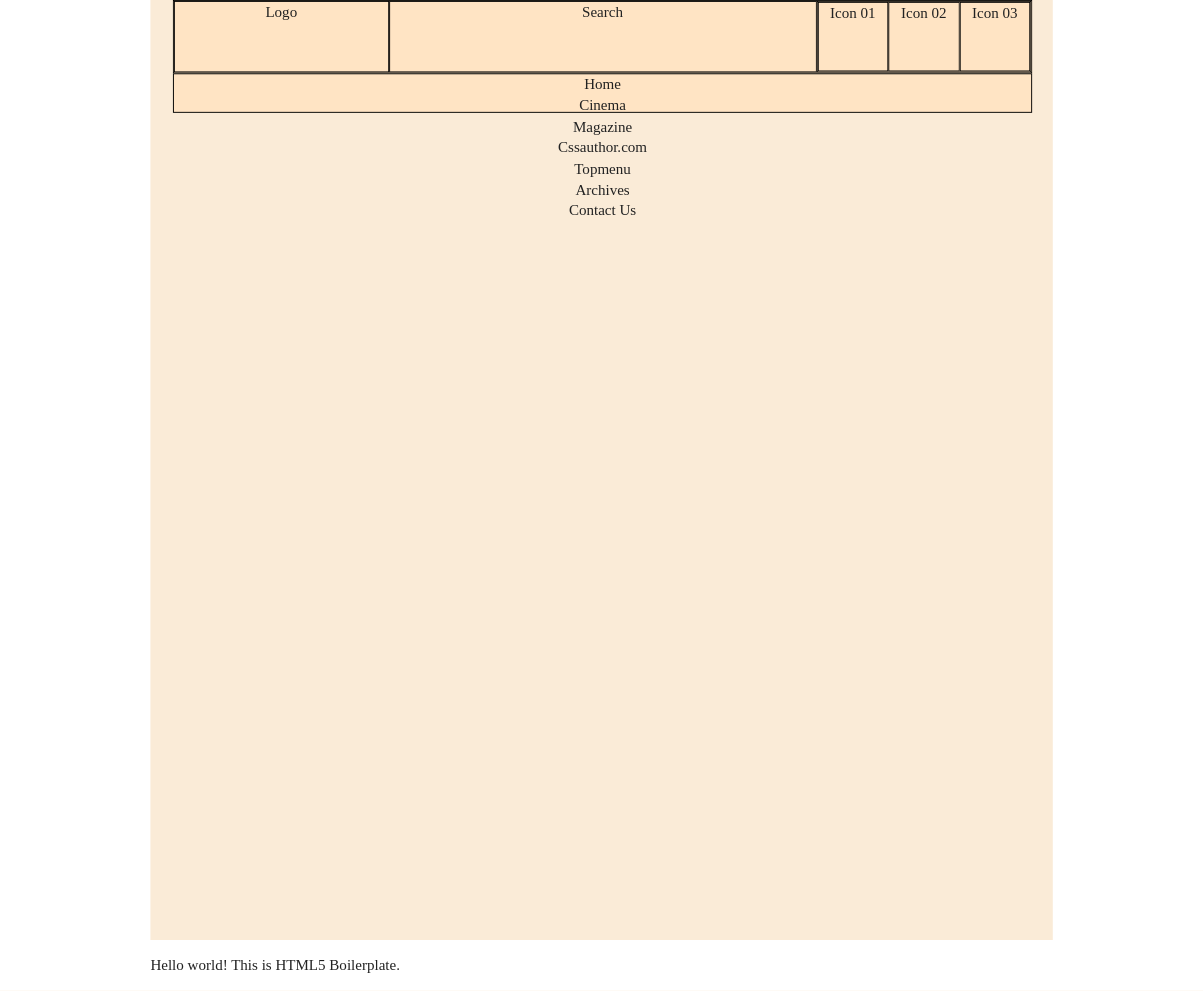
Repository: giovanabirck/cover-magazine-giovanabirck
Page: index.html
The author's editor kept a copy of each file at every save. The page is drawn from the files as they stood at one save, then again after the next save.
The browser window is 1280 px wide. The pictures show the whole page, at 94% of full size.

Above is the page before, as saved 2023-01-13 17:12:49.

### index.html
<!doctype html>
<html class="no-js" lang="">

<head>
  <meta charset="utf-8">
  <title></title>
  <meta name="description" content="">
  <meta name="viewport" content="width=device-width, initial-scale=1">

  <meta property="og:title" content="">
  <meta property="og:type" content="">
  <meta property="og:url" content="">
  <meta property="og:image" content="">

  <link rel="manifest" href="site.webmanifest">
  <link rel="apple-touch-icon" href="icon.png">
  <!-- Place favicon.ico in the root directory -->

  <link rel="stylesheet" href="css/normalize.css">
  <link rel="stylesheet" href="css/main.css">

  <meta name="theme-color" content="#fafafa">
</head>

<body>

  <div class="main-container">
    <div class="header">
      <div class="header-content">
        <div class="header-content-logo">Logo</div>
        <div class="header-content-search">Search</div>
        <div class="header-content-icons">
          <div class="header-content-icons-01">Icon 01</div>
          <div class="header-content-icons-02">Icon 02</div>
          <div class="header-content-icons-03">Icon 03</div>
        </div>
      </div>
      <div class="header-menu">
        <div>Home</div>
        <div>Cinema</div>
        <div>Magazine</div>
        <div>Cssauthor.com</div>
        <div>Topmenu</div>
        <div>Archives</div>
        <div>Contact Us</div>
      </div>
    </div>
  </div>


  <!-- Add your site or application content here -->
  <p>Hello world! This is HTML5 Boilerplate.</p>
  <script src="js/vendor/modernizr-3.11.2.min.js"></script>
  <script src="js/plugins.js"></script>
  <script src="js/main.js"></script>

  <!-- Google Analytics: change UA-XXXXX-Y to be your site's ID. -->
  <script>
    window.ga = function () { ga.q.push(arguments) }; ga.q = []; ga.l = +new Date;
    ga('create', 'UA-XXXXX-Y', 'auto'); ga('set', 'anonymizeIp', true); ga('set', 'transport', 'beacon'); ga('send', 'pageview')
  </script>
  <script src="https://www.google-analytics.com/analytics.js" async></script>
</body>

</html>

### css/main.css
/*! HTML5 Boilerplate v8.0.0 | MIT License | https://html5boilerplate.com/ */

/* main.css 2.1.0 | MIT License | https://github.com/h5bp/main.css#readme */
/*
 * What follows is the result of much research on cross-browser styling.
 * Credit left inline and big thanks to Nicolas Gallagher, Jonathan Neal,
 * Kroc Camen, and the H5BP dev community and team.
 */

/* ==========================================================================
   Base styles: opinionated defaults
   ========================================================================== */

html {
  color: #222;
  font-size: 1em;
  line-height: 1.4;
  margin: 0px 160px 0px 160px;
}

/*
 * Remove text-shadow in selection highlight:
 * https://twitter.com/miketaylr/status/12228805301
 *
 * Vendor-prefixed and regular ::selection selectors cannot be combined:
 * https://stackoverflow.com/a/16982510/7133471
 *
 * Customize the background color to match your design.
 */

::-moz-selection {
  background: #b3d4fc;
  text-shadow: none;
}

::selection {
  background: #b3d4fc;
  text-shadow: none;
}

/*
 * A better looking default horizontal rule
 */

hr {
  display: block;
  height: 1px;
  border: 0;
  border-top: 1px solid #ccc;
  margin: 1em 0;
  padding: 0;
}

/*
 * Remove the gap between audio, canvas, iframes,
 * images, videos and the bottom of their containers:
 * https://github.com/h5bp/html5-boilerplate/issues/440
 */

audio,
canvas,
iframe,
img,
svg,
video {
  vertical-align: middle;
}

/*
 * Remove default fieldset styles.
 */

fieldset {
  border: 0;
  margin: 0;
  padding: 0;
}

/*
 * Allow only vertical resizing of textareas.
 */

textarea {
  resize: vertical;
}

/* ==========================================================================
   Author's custom styles
   ========================================================================== */

/* ==========================================================================
   Helper classes
   ========================================================================== */

/*
 * Hide visually and from screen readers
 */

.hidden,
[hidden] {
  display: none !important;
}

/*
 * Hide only visually, but have it available for screen readers:
 * https://snook.ca/archives/html_and_css/hiding-content-for-accessibility
 *
 * 1. For long content, line feeds are not interpreted as spaces and small width
 *    causes content to wrap 1 word per line:
 *    https://medium.com/@jessebeach/beware-smushed-off-screen-accessible-text-5952a4c2cbfe
 */

.sr-only {
  border: 0;
  clip: rect(0, 0, 0, 0);
  height: 1px;
  margin: -1px;
  overflow: hidden;
  padding: 0;
  position: absolute;
  white-space: nowrap;
  width: 1px;
  /* 1 */
}

/*
 * Extends the .sr-only class to allow the element
 * to be focusable when navigated to via the keyboard:
 * https://www.drupal.org/node/897638
 */

.sr-only.focusable:active,
.sr-only.focusable:focus {
  clip: auto;
  height: auto;
  margin: 0;
  overflow: visible;
  position: static;
  white-space: inherit;
  width: auto;
}

/*
 * Hide visually and from screen readers, but maintain layout
 */

.invisible {
  visibility: hidden;
}

/*
 * Clearfix: contain floats
 *
 * For modern browsers
 * 1. The space content is one way to avoid an Opera bug when the
 *    `contenteditable` attribute is included anywhere else in the document.
 *    Otherwise it causes space to appear at the top and bottom of elements
 *    that receive the `clearfix` class.
 * 2. The use of `table` rather than `block` is only necessary if using
 *    `:before` to contain the top-margins of child elements.
 */

.clearfix::before,
.clearfix::after {
  content: " ";
  display: table;
}

.clearfix::after {
  clear: both;
}

/* ==========================================================================
   EXAMPLE Media Queries for Responsive Design.
   These examples override the primary ('mobile first') styles.
   Modify as content requires.
   ========================================================================== */

@media only screen and (min-width: 35em) {
  /* Style adjustments for viewports that meet the condition */
}

@media print,
  (-webkit-min-device-pixel-ratio: 1.25),
  (min-resolution: 1.25dppx),
  (min-resolution: 120dpi) {
  /* Style adjustments for high resolution devices */
}

/* ==========================================================================
   Print styles.
   Inlined to avoid the additional HTTP request:
   https://www.phpied.com/delay-loading-your-print-css/
   ========================================================================== */

@media print {
  *,
  *::before,
  *::after {
    background: #fff !important;
    color: #000 !important;
    /* Black prints faster */
    box-shadow: none !important;
    text-shadow: none !important;
  }

  a,
  a:visited {
    text-decoration: underline;
  }

  a[href]::after {
    content: " (" attr(href) ")";
  }

  abbr[title]::after {
    content: " (" attr(title) ")";
  }

  /*
   * Don't show links that are fragment identifiers,
   * or use the `javascript:` pseudo protocol
   */
  a[href^="#"]::after,
  a[href^="javascript:"]::after {
    content: "";
  }

  pre {
    white-space: pre-wrap !important;
  }

  pre,
  blockquote {
    border: 1px solid #999;
    page-break-inside: avoid;
  }

  /*
   * Printing Tables:
   * https://web.archive.org/web/20180815150934/http://css-discuss.incutio.com/wiki/Printing_Tables
   */
  thead {
    display: table-header-group;
  }

  tr,
  img {
    page-break-inside: avoid;
  }

  p,
  h2,
  h3 {
    orphans: 3;
    widows: 3;
  }

  h2,
  h3 {
    page-break-after: avoid;
  }
}

.main-container{
  background-color: antiquewhite;
  width: 100%;
  height: 1000px;
  display: flex;
  justify-content: center;
}

.header {
  background-color:cadetblue;
  width: 95%;
  height: 120px;
  display: flex;
  flex-direction: column;
  justify-content: center;
}

.header-content{
  background-color: bisque;
  border: solid 1px black;
  width: 100%;
  height: 80px;
  display: flex;
}

.header-content-logo{
  background-color: bisque;
  border: solid 1px black;
  width: 33%;
  text-align: center;
}

.header-content-search{
  background-color: bisque;
  border: solid 1px black;
  width: 66%;
  text-align: center;
}

.header-content-icons{
  background-color: bisque;
  border: solid 1px black;
  width: 33%;
  text-align: center;
  display: flex;
}

.header-content-icons-01{
  background-color: bisque;
  border: solid 1px black;
  width: 100%;
  text-align: center;
}

.header-content-icons-02{
  background-color: bisque;
  border: solid 1px black;
  width: 100%;
  text-align: center;
}

.header-content-icons-03{
  background-color: bisque;
  border: solid 1px black;
  width: 100%;
  text-align: center;
}

.header-menu{
  background-color: bisque;
  border: solid 1px black;
  width: 100%;
  height: 40px;
  text-align: center;
}

### js/plugins.js
// Avoid `console` errors in browsers that lack a console.
(function() {
  var method;
  var noop = function () {};
  var methods = [
    'assert', 'clear', 'count', 'debug', 'dir', 'dirxml', 'error',
    'exception', 'group', 'groupCollapsed', 'groupEnd', 'info', 'log',
    'markTimeline', 'profile', 'profileEnd', 'table', 'time', 'timeEnd',
    'timeline', 'timelineEnd', 'timeStamp', 'trace', 'warn'
  ];
  var length = methods.length;
  var console = (window.console = window.console || {});

  while (length--) {
    method = methods[length];

    // Only stub undefined methods.
    if (!console[method]) {
      console[method] = noop;
    }
  }
}());

// Place any jQuery/helper plugins in here.

Loaded but not shown: css/normalize.css (library); js/vendor/modernizr-3.11.2.min.js (library); js/main.js (no stored copy; drawn as an empty file)

After the next save:
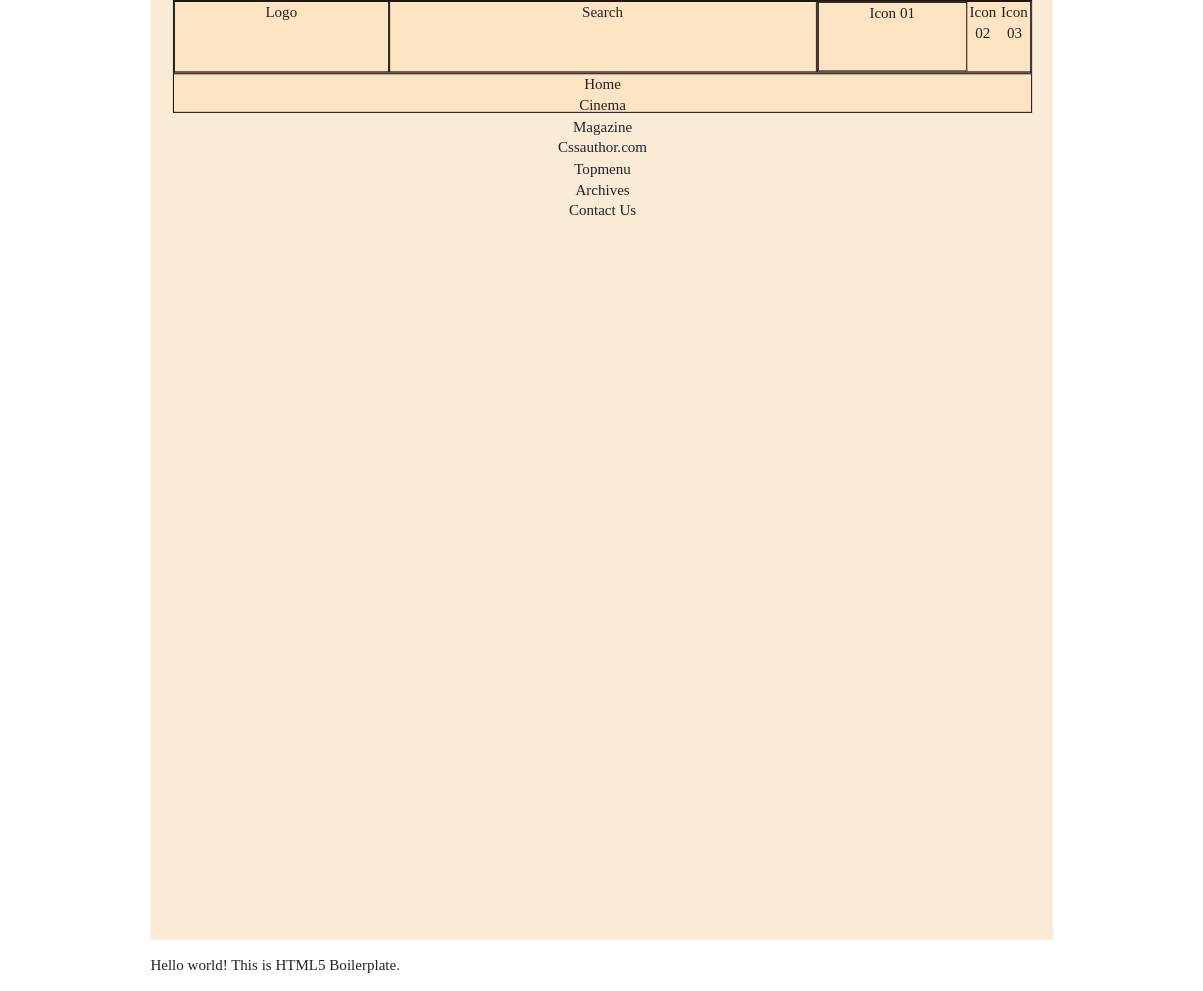
Saved 30 s later.
--- a/css/main.css
+++ b/css/main.css
@@ -316,20 +316,6 @@ textarea {
   text-align: center;
 }
 
-.header-content-icons-02{
-  background-color: bisque;
-  border: solid 1px black;
-  width: 100%;
-  text-align: center;
-}
-
-.header-content-icons-03{
-  background-color: bisque;
-  border: solid 1px black;
-  width: 100%;
-  text-align: center;
-}
-
 .header-menu{
   background-color: bisque;
   border: solid 1px black;
